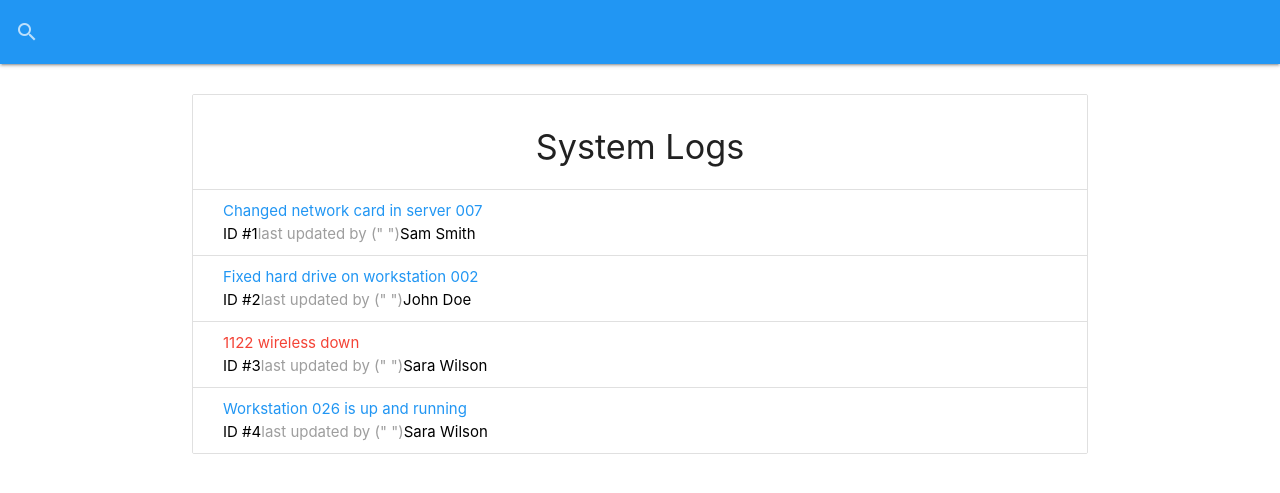
Repository: faraznisar/It-Logger
Page: /
An editor plug-in stored every save of this project. The page is shown before and after the next save, followed by the edit.
The browser window is 1280 px wide. The pictures show the whole page.
The project was rebuilt for these pictures with package versions that can differ from the ones it lists, and the page was loaded fresh each time. Requests to the local data server were answered from the project's data file. Also part of the build but not shown: src/App.css.

Above is the page before, as saved 2020-08-15 15:51:21.

After the next save:
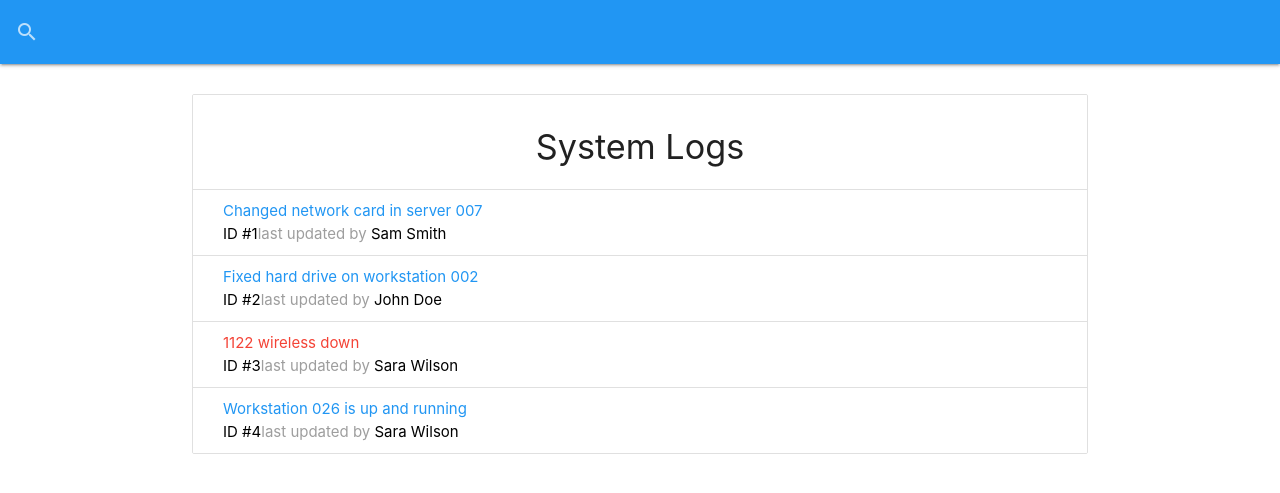
Saved 22 s later.
--- a/src/components/logs/LogItem.js
+++ b/src/components/logs/LogItem.js
@@ -17,8 +17,7 @@ const LogItem = ({ log }) => {
         <br />
         <span className="grey-text">
           <span className="black-text">ID #{log.id}</span>
-          last updated by (" ")
-          <span className="black-text">{log.tech}</span>
+          last updated by <span className="black-text">{log.tech}</span>
         </span>
       </div>
     </li>
